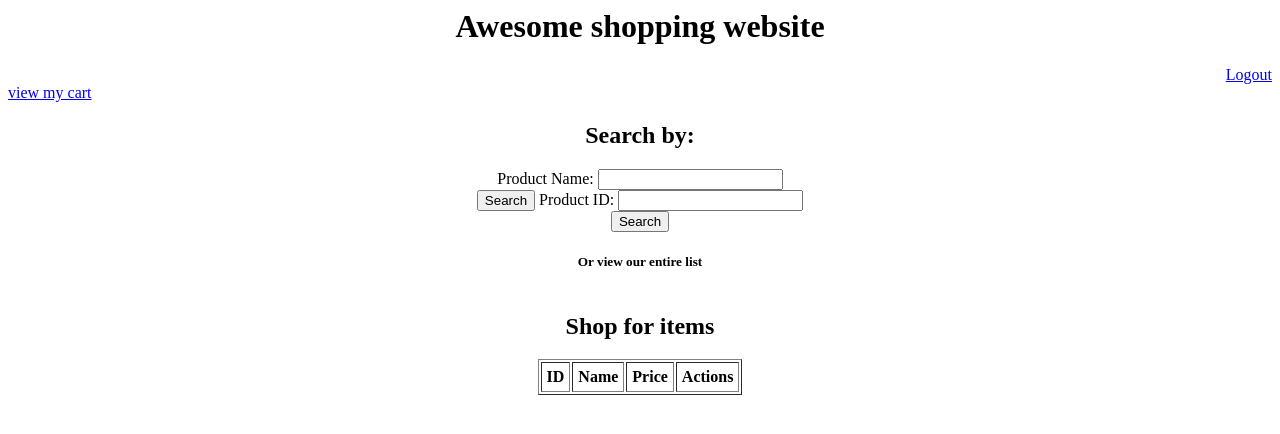
Repository: balu-sadanandan/demo-Shopping-cart-application
Page: http://localhost/shopping-cart/prodcat.jsp
An editor plug-in stored every save of this project. The page is shown before and after the next save, followed by the edit.
The browser window is 1280 px wide. The pictures show the whole page.
The page is served by Tomcat 9. The template is opened directly, without the code that normally fills it, so the values that code supplies are empty.

Above is the page before, as saved 2017-09-19 08:19:28.

After the next save:
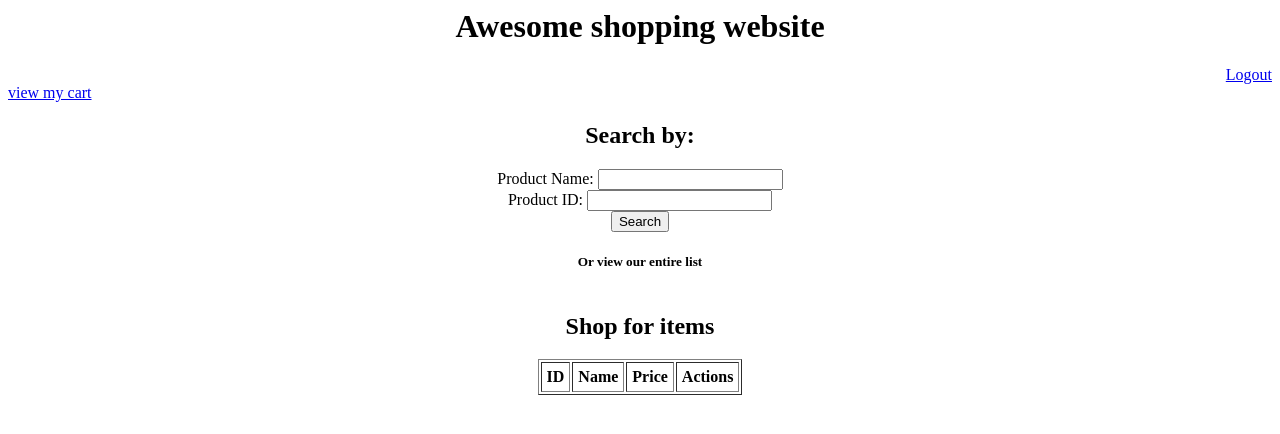
Saved 46 s later.
--- a/shopping-cart/WebContent/prodcat.jsp
+++ b/shopping-cart/WebContent/prodcat.jsp
@@ -25,7 +25,6 @@
             <h2>Search by:</h2>
                   <form action="/searchp" method="get">
   Product Name: <input type="text" name="pname"><br>
-  <input type="submit" value="Search">
   Product ID: <input type="text" name="pid"><br>
   <input type="submit" value="Search">
 </form>
